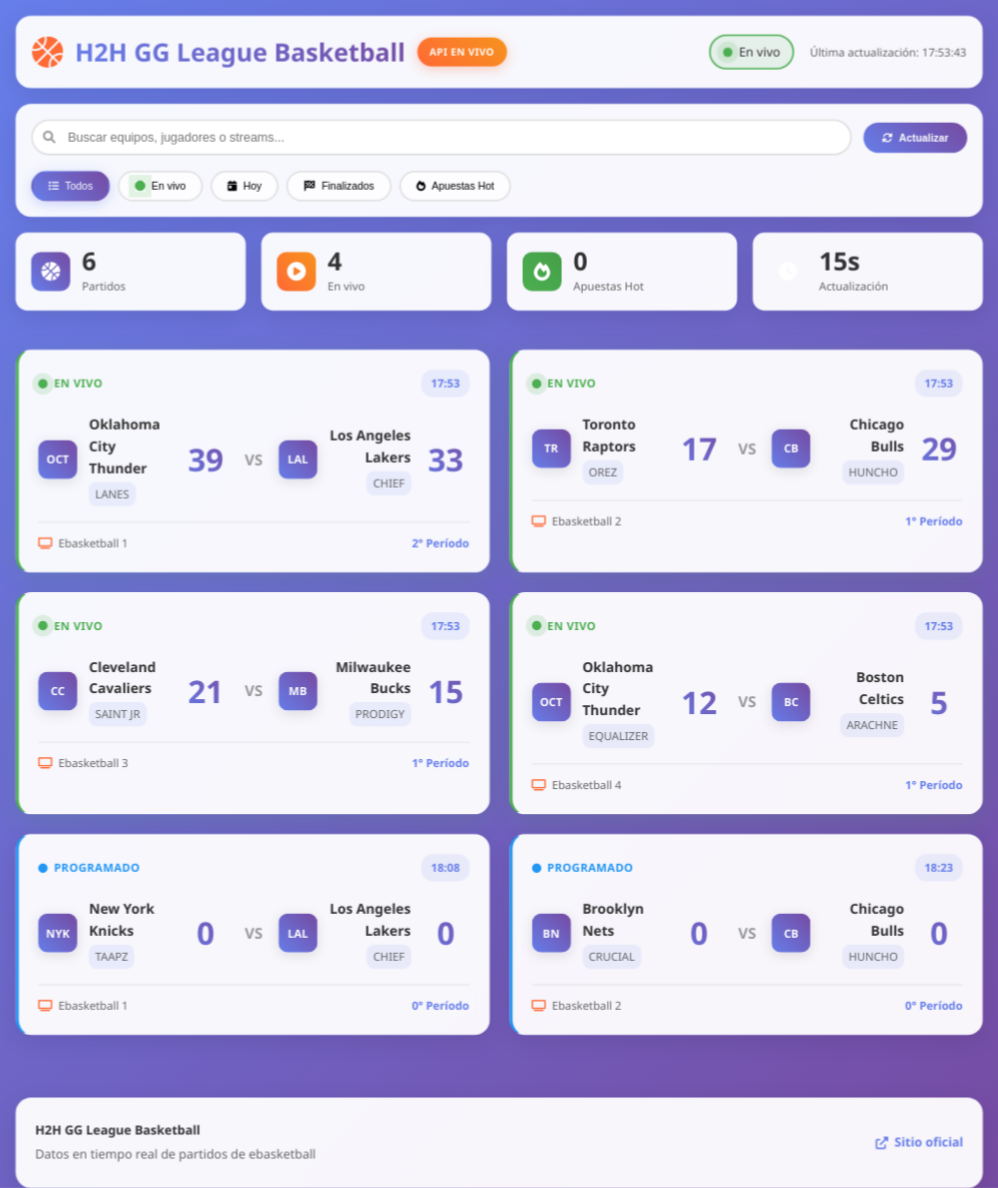
Repository: Diego-Orasystem/AnalisisApuestas
Page: index.html
An editor plug-in stored every save of this project. The page is shown before and after the next save, followed by the edit.
The browser window is 1280 px wide. The pictures show the whole page, at 78% of full size.
The page's requests for data from a server got no answer.

Above is the page before, as saved 2025-07-06 18:37:54.

After the next save:
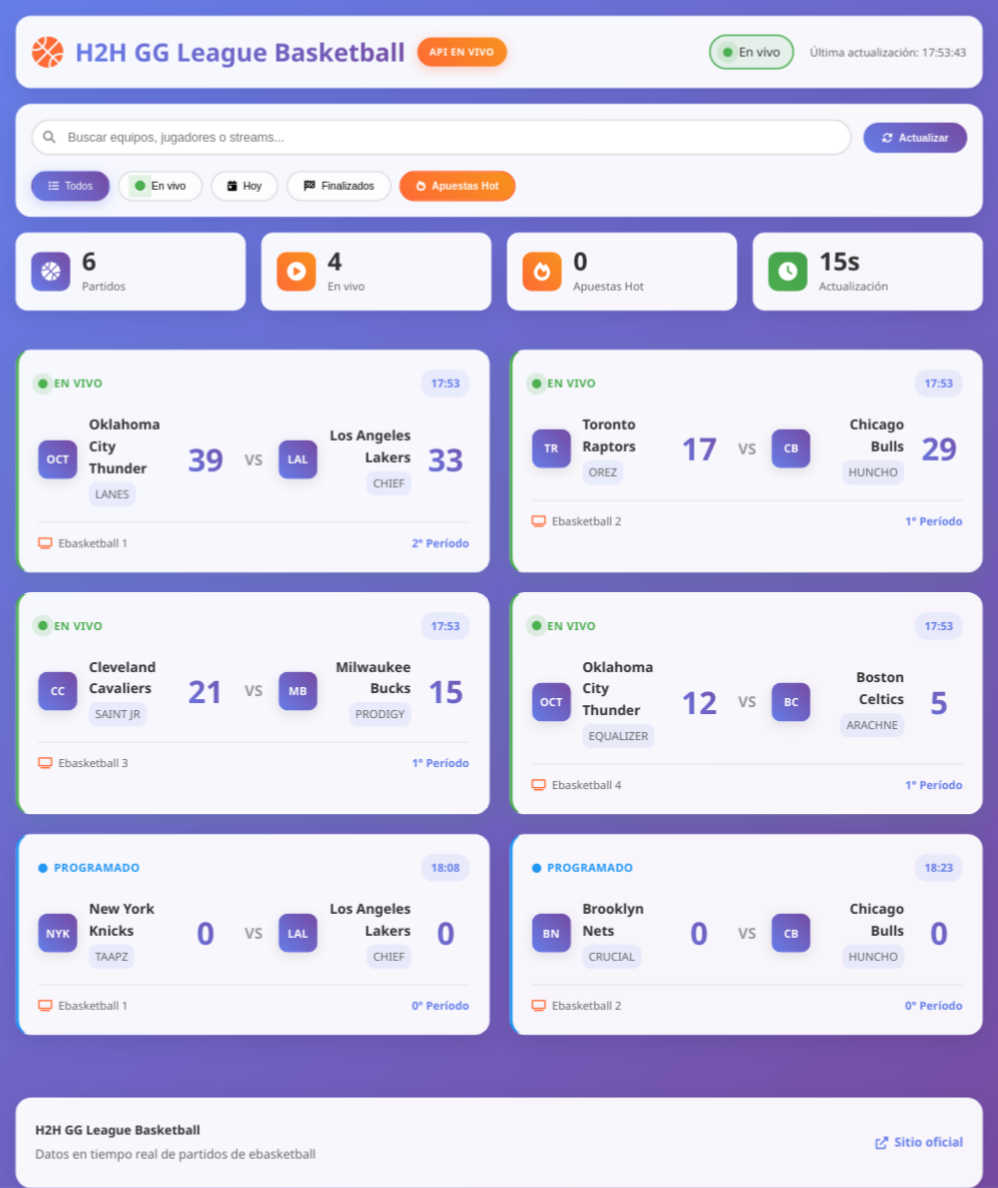
Saved 25 s later.
--- a/styles.css
+++ b/styles.css
@@ -391,6 +391,144 @@
     border-left: 4px solid #2196F3;
 }
 
+/* Estilos para partidos de apuestas */
+.game-card.betting-game {
+    position: relative;
+    border: 3px solid #ff6b35;
+    background: linear-gradient(135deg, rgba(255, 107, 53, 0.1) 0%, rgba(247, 147, 30, 0.1) 100%);
+    box-shadow: 0 8px 32px rgba(255, 107, 53, 0.3);
+    transform: scale(1.02);
+    animation: bettingPulse 2s infinite;
+}
+
+.game-card.betting-game::before {
+    background: linear-gradient(135deg, rgba(255, 107, 53, 0.1) 0%, rgba(247, 147, 30, 0.1) 100%);
+}
+
+.game-card.betting-game:hover {
+    transform: scale(1.05);
+    box-shadow: 0 12px 40px rgba(255, 107, 53, 0.4);
+}
+
+.game-card.new-betting {
+    animation: newBettingAlert 3s ease-in-out;
+}
+
+.betting-badge {
+    position: absolute;
+    top: -10px;
+    right: -10px;
+    background: linear-gradient(45deg, #ff6b35, #f7931e);
+    color: white;
+    padding: 8px 12px;
+    border-radius: 20px;
+    font-size: 0.75rem;
+    font-weight: 700;
+    text-transform: uppercase;
+    letter-spacing: 0.5px;
+    box-shadow: 0 4px 15px rgba(255, 107, 53, 0.4);
+    z-index: 10;
+    display: flex;
+    align-items: center;
+    gap: 5px;
+}
+
+.betting-badge i {
+    animation: fire 1s infinite alternate;
+}
+
+.betting-info {
+    background: rgba(255, 107, 53, 0.1);
+    border-radius: 10px;
+    padding: 10px;
+    margin: 10px 0;
+    border: 1px solid rgba(255, 107, 53, 0.2);
+}
+
+.betting-detail {
+    display: flex;
+    align-items: center;
+    gap: 8px;
+    margin: 5px 0;
+    font-size: 0.9rem;
+    font-weight: 600;
+    color: #d84315;
+}
+
+.betting-detail i {
+    color: #ff6b35;
+    width: 16px;
+}
+
+.betting-period {
+    background: linear-gradient(45deg, #ff6b35, #f7931e);
+    color: white !important;
+    font-weight: 700;
+    box-shadow: 0 2px 10px rgba(255, 107, 53, 0.3);
+}
+
+.filter-btn.betting-filter {
+    background: linear-gradient(45deg, #ff6b35, #f7931e);
+    color: white;
+    border: 2px solid #ff6b35;
+    font-weight: 600;
+}
+
+.filter-btn.betting-filter:hover {
+    background: linear-gradient(45deg, #f7931e, #ff6b35);
+    transform: translateY(-2px);
+    box-shadow: 0 8px 25px rgba(255, 107, 53, 0.4);
+}
+
+.filter-btn.betting-filter.active {
+    background: linear-gradient(45deg, #d84315, #ff6b35);
+    box-shadow: 0 8px 25px rgba(255, 107, 53, 0.5);
+}
+
+/* Icono de fuego para estadísticas de apuestas */
+.stat-card:nth-child(3) .stat-icon {
+    background: linear-gradient(45deg, #ff6b35, #f7931e);
+}
+
+.stat-card:nth-child(4) .stat-icon {
+    background: linear-gradient(45deg, #4CAF50, #45a049);
+}
+
+/* Animaciones */
+@keyframes bettingPulse {
+    0% { box-shadow: 0 8px 32px rgba(255, 107, 53, 0.3); }
+    50% { box-shadow: 0 8px 32px rgba(255, 107, 53, 0.6); }
+    100% { box-shadow: 0 8px 32px rgba(255, 107, 53, 0.3); }
+}
+
+@keyframes newBettingAlert {
+    0% {
+        transform: scale(1.02);
+        box-shadow: 0 8px 32px rgba(255, 107, 53, 0.3);
+    }
+    25% {
+        transform: scale(1.08);
+        box-shadow: 0 12px 40px rgba(255, 107, 53, 0.8);
+    }
+    50% {
+        transform: scale(1.05);
+        box-shadow: 0 10px 36px rgba(255, 107, 53, 0.6);
+    }
+    75% {
+        transform: scale(1.07);
+        box-shadow: 0 11px 38px rgba(255, 107, 53, 0.7);
+    }
+    100% {
+        transform: scale(1.02);
+        box-shadow: 0 8px 32px rgba(255, 107, 53, 0.3);
+    }
+}
+
+@keyframes fire {
+    0% { transform: scale(1) rotate(0deg); }
+    100% { transform: scale(1.1) rotate(5deg); }
+}
+
 /* Game Header */
 .game-header {
     display: flex;
